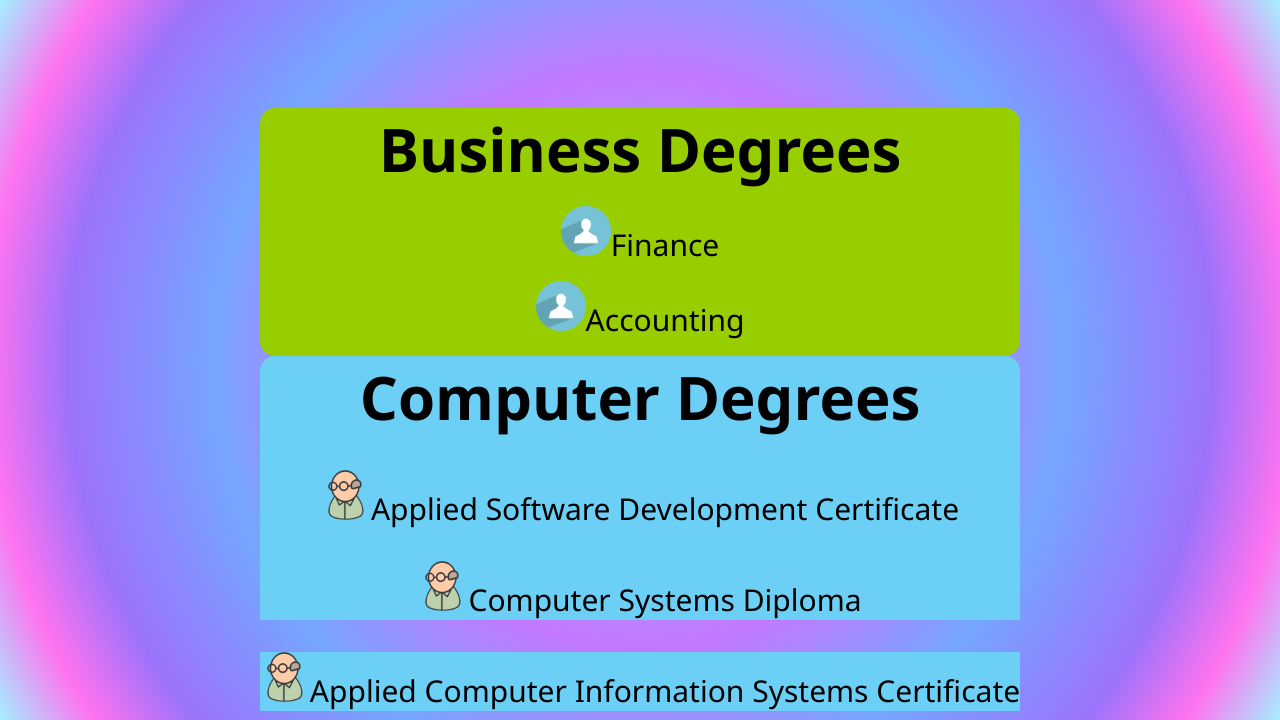
Repository: NeemaToto/mdia2109week3
Page: /
These files come from the project's save history. The page is drawn as it stood at one moment and after a run of saves; the edit follows.
The browser window is 1280 px wide. The pictures show the whole page.
The project was rebuilt for these pictures with package versions that can differ from the ones it lists, and the page was loaded fresh each time. The framework's server and built-in components were replaced by stand-ins that run in the browser. Also part of the build but not shown: next.config.js.

Above is the page before, as saved 2023-01-19 20:23:33.

After the next 4 saves:
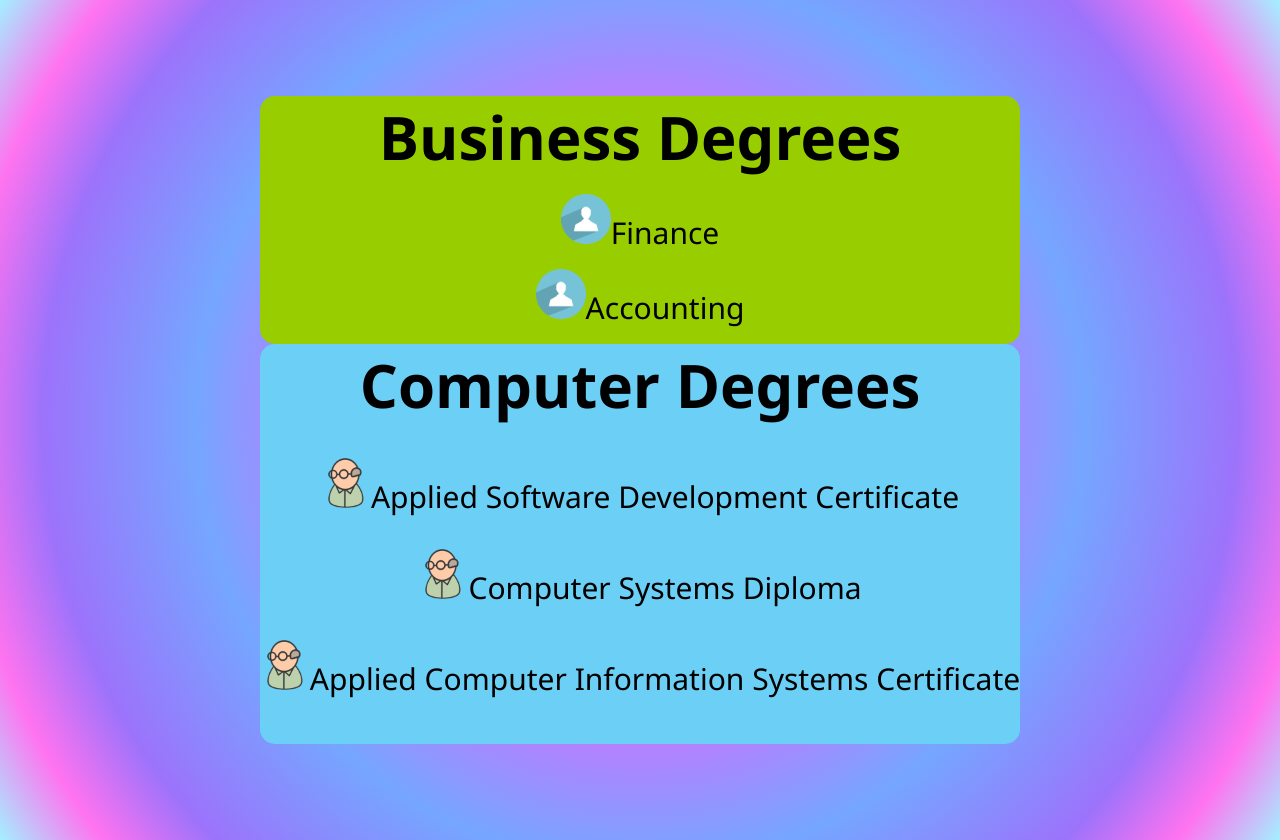
The 4 saves are shown as one change because they came seconds apart.
The last was saved 14 s later.
--- a/styles/Home.module.css
+++ b/styles/Home.module.css
@@ -304,5 +304,5 @@
   background-color: #6CCFF6;
   gap: 2rem;
   border-radius: 15px;
-  height: 16rem;
-}
+  height: 25rem;
+}
